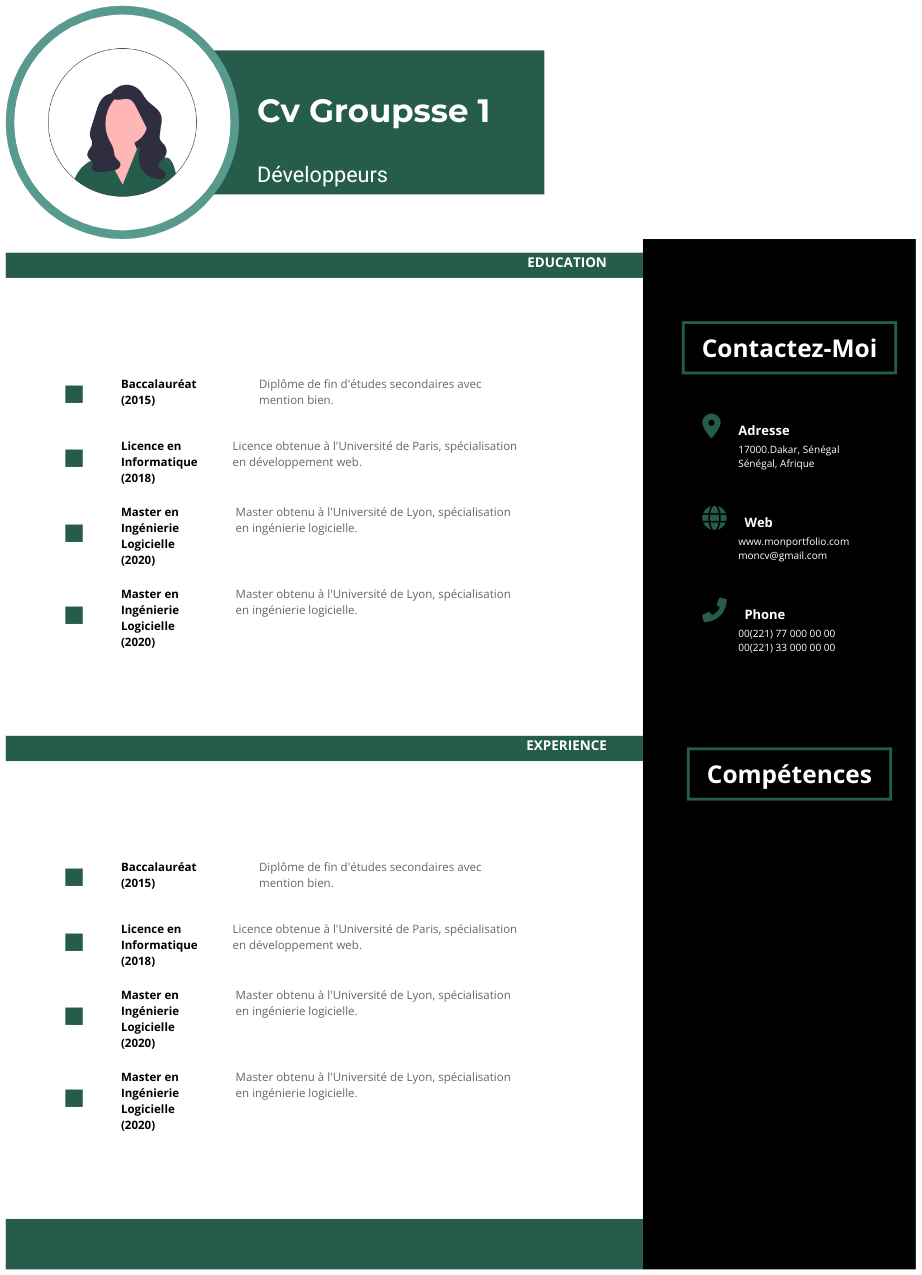
Repository: NdiongueFH/Mon_CV
Page: CV_Groupe1.html
The author's editor kept a copy of each file at every save. The page is drawn from the files as they stood at one save, then again after the next save.
The browser window is 1280 px wide. The pictures show the whole page, at 72% of full size.

Above is the page before, as saved 2024-08-04 21:08:09.

### CV_Groupe1.html
<!DOCTYPE html>
<html lang="fr">
<head>
    <meta charset="UTF-8">
    <meta name="viewport" content="width=device-width, initial-scale=1.0">
    <!--Lin Font Awesome-->
    <link rel="stylesheet" href="https://cdnjs.cloudflare.com/ajax/libs/font-awesome/6.0.0-beta3/css/all.min.css">
    <!--Intégration de police d'écriture via un lien web-->
    <link href="https://fonts.googleapis.com/css2?family=Montserrat:wght@400;700&family=Open+Sans:wght@400;700&family=Roboto:wght@400;500&display=swap" rel="stylesheet">
    <!--Intégration de notre lien CSS-->
    <link rel="stylesheet" href="CV_Groupe1.css">
    <title>MON CV</title>

</head>
<body>
    <!--section principale-->
    <section id="principal">

        <!--Début Partie Ndiawar-->

        <!--la partie profile de notre cv-->
        <section id="profile">
            <!--identité-->
            <div id="identite">
                <!--image-->
                <div class="image">
                    <img id="image_profil" src="./image/profil.png" alt="" sizes="30" srcset="">
                </div>
                <!--fin image-->
                <!--debut nom-->
                <div class="nom">
                    <h1 id="name_cv">Cv Groupsse 1</h1>
                    <span id="function">Développeurs</span>
                </div>
                <!--fin nom-->
            </div>
            <!--fin identité-->
        </section>
        <!--fin de la partie profile-->

        <!--Fin Partie Ndiawar Diop-->


        <!--le debut du corp de notre cv-->
        <section  id="renseignement">
            <!--corp -->
            <div id="corps">
                <!--debut blanc-->
                <div class="blanc">


                    <!--Début Partie Anta Maguette Faye-->


                    <!--education-->
                    <div class="edu_exp">
                        <!--titre education-->
                        <div class="titre_edu_exp">
                            <h1 class="h1_titr">
                                EDUCATION
                            </h1>
                        </div>
                        <!--fin titre education-->
                        <!--parti education-->
                        <div id="info_edu">
                            <ul class="liste-diplomes">
                                <li>
                                    <div class="info">
                                        <span class="diplome">Baccalauréat</span>
                                        <span class="annee">(2015)</span>
                                    </div>
                                    <p class="description">Diplôme de fin d'études secondaires avec mention bien.</p>
                                </li>
                                <li>
                                    <div class="info">
                                        <span class="diplome">Licence en Informatique</span>
                                        <span class="annee">(2018)</span>
                                    </div>
                                    <p class="description">Licence obtenue à l'Université de Paris, spécialisation en développement web.</p>
                                </li>
                                <li>
                                    <div class="info">
                                        <span class="diplome">Master en Ingénierie Logicielle</span>
                                        <span class="annee">(2020)</span>
                                    </div>
                                    <p class="description">Master obtenu à l'Université de Lyon, spécialisation en ingénierie logicielle.</p>
                                </li>
                                <li>
                                    <div class="info">
                                        <span class="diplome">Master en Ingénierie Logicielle</span>
                                        <span class="annee">(2020)</span>
                                    </div>
                                    <p class="description">Master obtenu à l'Université de Lyon, spécialisation en ingénierie logicielle.</p>
                                </li>
                            </ul>
                        </div>
                        <!--fin parti education-->
                    </div>
                    <!--fin education-->


                    <!--Fin Partie Anta Maguette Faye-->

                    <!--Début Partie Fatoumata Hawa Ndiongue-->

                    <!--experience-->
                    <div class="edu_exp" >
                        <!--titre experience-->
                        <div class="titre_edu_exp">
                            <h1 class="h1_titr">
                                EXPERIENCE
                            </h1>
                        </div>
                        <!--fin titre experience-->
                        <!--parti experience-->
                        <div id="info_exp">
                            <ul class="liste-diplomes">
                                <li>
                                    <div class="info">
                                        <span class="diplome">Baccalauréat</span>
                                        <span class="annee">(2015)</span>
                                    </div>
                                    <p class="description">Diplôme de fin d'études secondaires avec mention bien.</p>
                                </li>
                                <li>
                                    <div class="info">
                                        <span class="diplome">Licence en Informatique</span>
                                        <span class="annee">(2018)</span>
                                    </div>
                                    <p class="description">Licence obtenue à l'Université de Paris, spécialisation en développement web.</p>
                                </li>
                                <li>
                                    <div class="info">
                                        <span class="diplome">Master en Ingénierie Logicielle</span>
                                        <span class="annee">(2020)</span>
                                    </div>
                                    <p class="description">Master obtenu à l'Université de Lyon, spécialisation en ingénierie logicielle.</p>
                                </li>
                                <li>
                                    <div class="info">
                                        <span class="diplome">Master en Ingénierie Logicielle</span>
                                        <span class="annee">(2020)</span>
                                    </div>
                                    <p class="description">Master obtenu à l'Université de Lyon, spécialisation en ingénierie logicielle.</p>
                                </li>
                            </ul>
                        </div>
                        <!--fin parti experience-->
                    </div>
                    <!--fin experience-->

                    <!--Début Footer-->
                    <div id="footer">

                    </div>
                    <!--Fin Footer-->

                    <!--Fin Partie Fatoumata Hawa Ndiongue-->

                </div>
                <!--fin blanc-->

                <!--Début Moustapha Dieng-->


                <!--debut noir-->
                <div class="noir">
                    <!--contact-->
                    <div class="contact">
                        <!--titre contact-->
                        <div class="title">
                            <h1 class="titre_contact_skill">
                                Contactez-Moi
                            </h1>
                        </div>
                        <!--fin titre contact-->
                        <!-- donnee contact-->
                        <div class="donnees_contact">
                            <ul class="list_contact">
                                <li>
                                    <p class="icon_contact">
                                        <i class="fas fa-map-marker-alt"></i> Adresse
                                    </p>
                                    <div class="contactez">
                                        <span class="detail">17000.Dakar, Sénégal</span>
                                        <span class="desc">Sénégal, Afrique</span>
                                    </div>
                                </li>
                            </ul>
                            <ul class="list_contact">
                                <li>
                                    <p class="icon_contact">
                                        <i class="fas fa-globe"></i> Web
                                    </p>
                                    <div class="contactez">
                                        <span class="detail">www.monportfolio.com</span>
                                        <span class="desc">moncv@gmail.com</span>
                                    </div>
                                </li>
                            </ul>
                            <ul class="list_contact">
                                <li>
                                    <p class="icon_contact">
                                        <i class="fas fa-phone-alt"></i> Phone
                                    </p>
                                    <div class="contactez">
                                        <span class="detail">00(221) 77 000 00 00</span>
                                        <span class="desc">00(221) 33 000 00 00</span>
                                    </div>
                                </li>
                            </ul>
                        </div>
                        <!-- End Contact Data -->
                    </div>
                        <!--fin donnee contact-->
                    <!--fin contact-->
                    <!--skill-->
                    <div class="contact">
                        <!--titre skill-->
                        <!--titre contact-->
                        <div class="title">
                            <h1 class="titre_contact_skill">
                                Compétences
                            </h1>
                        </div>
                        <!--fin titre contact-->
                        <!--fin titre skill-->
                        <!--donné skill-->
                        <div class="donnees_skill"></div>
                        <!--fin donné skill-->
                    </div>
                    <!--fin skill-->
                    <!--resaux socio-->
                    <div id="resaux"></div>
                    <!--fin resaux socio-->
                </div>
                <!--fin noir-->

                <!--Fin Moustapha Dieng-->


            </div>
            <!--fin corp-->

        </section>
        <!--la fin du corp de notre cv-->
    </section>
    <!--Fin section principale-->

</body>
</html>

### CV_Groupe1.css
/*Le pseudo-élément `:root` en CSS permet de définir des variables globales pour un document,
représentant l'élément `<html>`. Utilisé pour centraliser la gestion des styles comme
les couleurs et les polices, il facilite la maintenance du CSS en rendant
les valeurs facilement réutilisables et modifiables dans toute la feuille de style.*/

:root {
    /* Définition des couleurs de base */
    --teal-1: #265C4B; /* Teal foncé */
    --teal-2: #146551; /* Teal moyen foncé */
    --teal-3: #007566; /* Teal vif */
    --teal-4: #589A8D; /* Teal clair */
    --teal-5: #fff; /* Blanc très clair */
    --Noir-6: #000000; /*Noir*/
    --Blanc-7: #ffffff; /*Blanc*/

    /* Utilisation des couleurs pour différents éléments */

    --color-title: var(--teal-1); /* Couleur pour les titres */
    --color-subtitle: var(--teal-3); /* Couleur pour les sous-titres */
    --color-paragraph: var(--teal-2); /* Couleur pour les paragraphes */
    --color-border: var(--teal-4); /* Couleur pour les bordures */
    --color-backgroundFoncé: var(--teal-1); /*Couleur de fond foncée*/
    --color-background: var(--teal-5); /* Couleur de fond général */
    --color-text: var(--Noir-6); /*Couleur pour le texte de fond*/
    --color-white: var(--Blanc-7); /*Couleur blanche pour les texte de fon d'une balise"*/
}

/*Intégration de nos polices d'écritures générales pour notre texte, titre et les sous-titres*/
:root {
    /* Polices */
    --font-title: 'Montserrat', sans-serif;
    --font-text: 'Open Sans', sans-serif;
    --font-subtitle: 'Roboto', sans-serif;

    /* Taille de police standard et poids */
    --font-size-normal: 16px; /* Taille de police standard pour le texte */
    --font-size-title: 28px; /* Taille de police pour les grands titres */
    --font-size-subtitle: 20px; /* Taille de police pour les sous-titres */
    --font-weight-normal: 400; /* Poids normal de la police */
    --font-weight-bold: 700; /* Poids en gras */
    /*Pour le profil la taile du nom et du sous-titre*/
    --font-size-titleProfil: 45px;
    --font-size-subtitleProfil: 30px;
}

/*Initialisation de notre body pour supprimer les marges et choix du type de police pour notre site*/
body {
    color: var(--color-text);
    background-color: var(--color-background);
    font-family: var(--font-text);
    font-size: var(--font-size-normal);
    font-weight: var(--font-weight-normal);
}

/*Partie Ndiawar Diop*/
    /*Début partie profil de Mon_CV*/

/*Div Identité*/
#identite {
    display: flex;
    align-items: center; /* Pour aligner verticalement les éléments à l'intérieur */
    background: none;
}
/*Image*/
.image {
    background-color: var(--color-background);
    border: 12px solid var(--color-border);
    width: 300px;  /* Assurez-vous que le conteneur est carré */
    height: 300px;
    border-radius: 50%;  /* Rend l'image ronde */
    overflow: hidden;  /* Cache les parties de l'image qui débordent */
    z-index: 2; /* Nous Plaçons l'image au-dessus de .nom */
    position: relative; /* Nécessaire pour appliquer z-index */
}

#image_profil {
    width: 100%;
    height: 100%;
    object-fit: contain;  /* Garantit que l'image couvre tout l'espace sans déformation */
}
/*Le nom du profil*/
.nom {
    background-color: var(--color-backgroundFoncé);
    width: 30%;
    height: 200px; /* Aligner la hauteur avec celle de l'image */
    display: flex;
    color: var(--color-white);
    flex-direction: column;
    justify-content: center;
    text-align: left;
    padding: 0 20px 0 75px;
    margin-left: -50px; /* Ajustement pour le chevauchement */
    z-index: 1; /* S'assurer que .nom se superpose à .image */
    position: relative;
}
#name_cv{
    font-family: var(--font-title);
    font-size: var(--font-size-titleProfil);
    font-weight: var(--font-weight-bold);
}
#function {
    font-family: var(--font-subtitle);
    font-size: var(--font-size-subtitleProfil);
    font-weight: var(--font-weight-normal);
}
    /*Fin Partie profil de Mon_Cv*/
/*Fin Partie Ndiawar Diop*/

/*Partie Section 2*/
#corps {
    display: flex;
}
.blanc {
    width: 70%;

}
    /*Partie Anta Maquette Faye
.titre_edu_exp {
}*/
.h1_titr {
    height: 35px;
    padding-right: 50px;
    background-color: var(--color-backgroundFoncé);
    text-align: right;
    color: var(--color-white);

}

    /*Partie Education*/
    #info_edu {
        max-width: 600px;
        margin: 120px;
    }
    #info_exp{
        max-width: 600px;
        margin: 120px;
    }
    .liste-diplomes li {
        display: flex;
        align-items: baseline;
        margin-bottom: 10px;
        position: relative; /* Position relative pour placer les puces */
    }

    .liste-diplomes li::before {
        content: "■"; /* Utiliser un carré comme puce */
        color: #265C4B; /* Teal foncé */
        font-size: 50px;
        position: absolute;
        left: -80px; /* Position de la puce */
        top: 50%;
        transform: translateY(-50%);
    }

    .info {
        width: 200px; /* Largeur fixe pour le diplôme et l'année */
        font-weight: bold;
        display: flex;
        flex-direction: column;
        justify-content: left;
    }

    .diplome {
        margin-right: 10px; /* Espace entre le diplôme et l'année */
    }

    .description {
        margin-left: 15px; /* Espace entre l'info et la description */
        flex-grow: 1; /* Permet à la description de prendre le reste de l'espace */
        color: #666; /* Couleur de texte pour la description */
    }


    /*Footer*/
    #footer {
        height: 10px;
        padding: 30px;
        background-color: var(--color-backgroundFoncé);
    }

    /*Partie Noir*/
    .noir {
        width: 30%;
        background-color: var(--color-text);
        height: auto;
        color: var(--color-white);
    }
    .contact {
        display: flex;
        flex-direction: column;
        align-items: center; /* Center horizontally */
        justify-content: center; /* Center vertically (if height is set) */
        width: 80%; /* ou toute autre largeur appropriée */
        margin: 0 auto;
        padding-top: 80px;
        color: var(--color-white);
    }

    .titre_contact_skill {
        font-size: 34px;
        margin-bottom: 20px;
        text-align: center; /* Center the title text */
        border: 4px solid var(--color-backgroundFoncé);
        width: 100%; /* Ajuste selon tes besoins */
        padding: 10px;
    }

    .icon_contact i {
        margin: 0 20px 0 -50px;
        color: var(--color-backgroundFoncé); /* Assure-toi que les icônes sont blanches */
        font-size: 34px; /* Ajuste la taille si nécessaire */
    }

.donnees_contact {
    display: flex;
    flex-direction: column;
    align-items: flex-start; /* Align contact data to the left */
}

.list_contact {
    list-style: none;
    width: 100%;
}

.icon_contact {
    font-size: 18px;
    margin-bottom: 5px;
    font-weight: bold;
}

.contactez {
    font-size: 16px;
}

.detail, .desc {
    display: block;
    font-size: 14px;
}

After the next save:
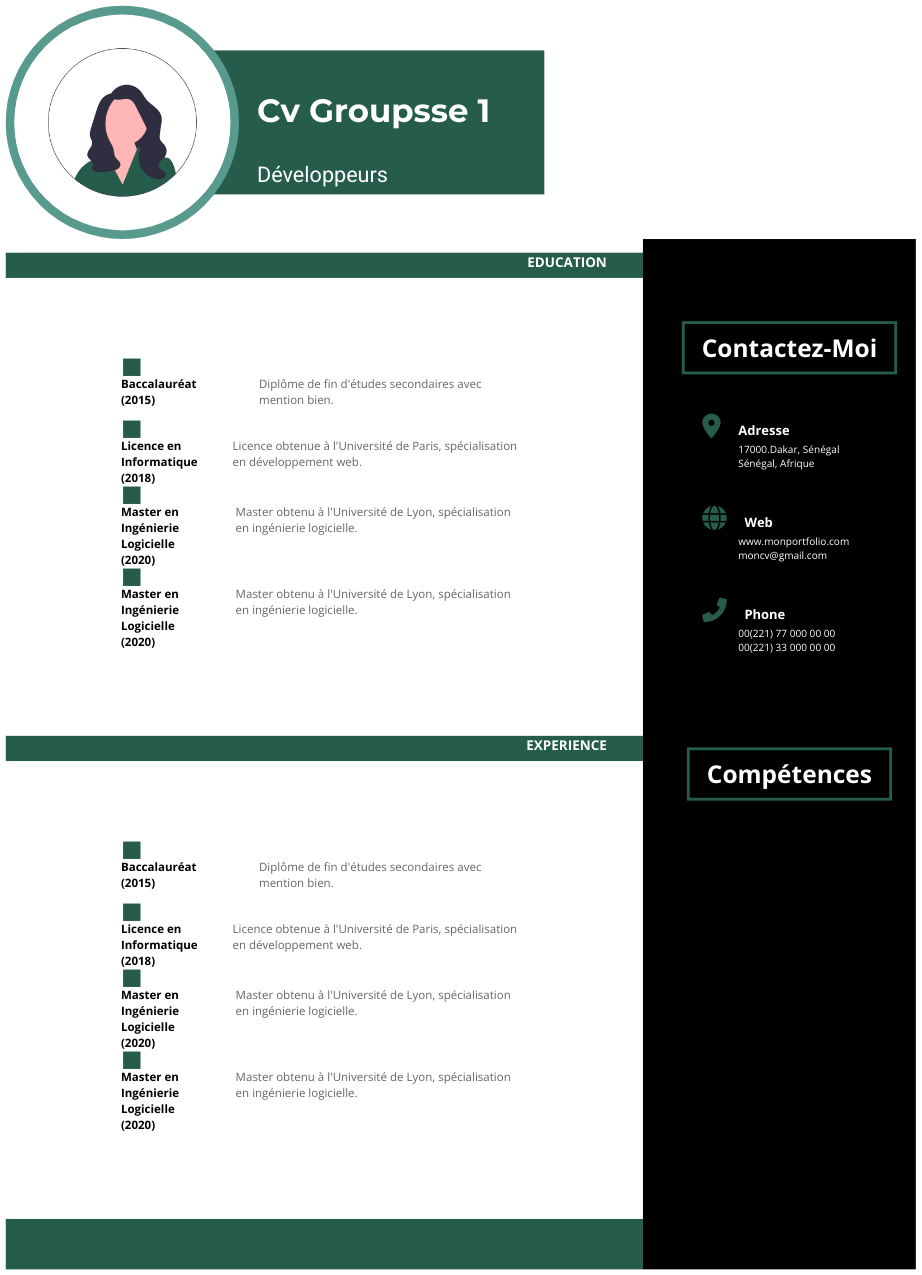
Saved 3 min 59 s later.
--- a/CV_Groupe1.css
+++ b/CV_Groupe1.css
@@ -147,8 +147,8 @@
         color: #265C4B; /* Teal foncé */
         font-size: 50px;
         position: absolute;
-        left: -80px; /* Position de la puce */
-        top: 50%;
+        /*/left: -80px; /* Position de la puce
+        top: 50%;*/
         transform: translateY(-50%);
     }
 

After the save that followed:
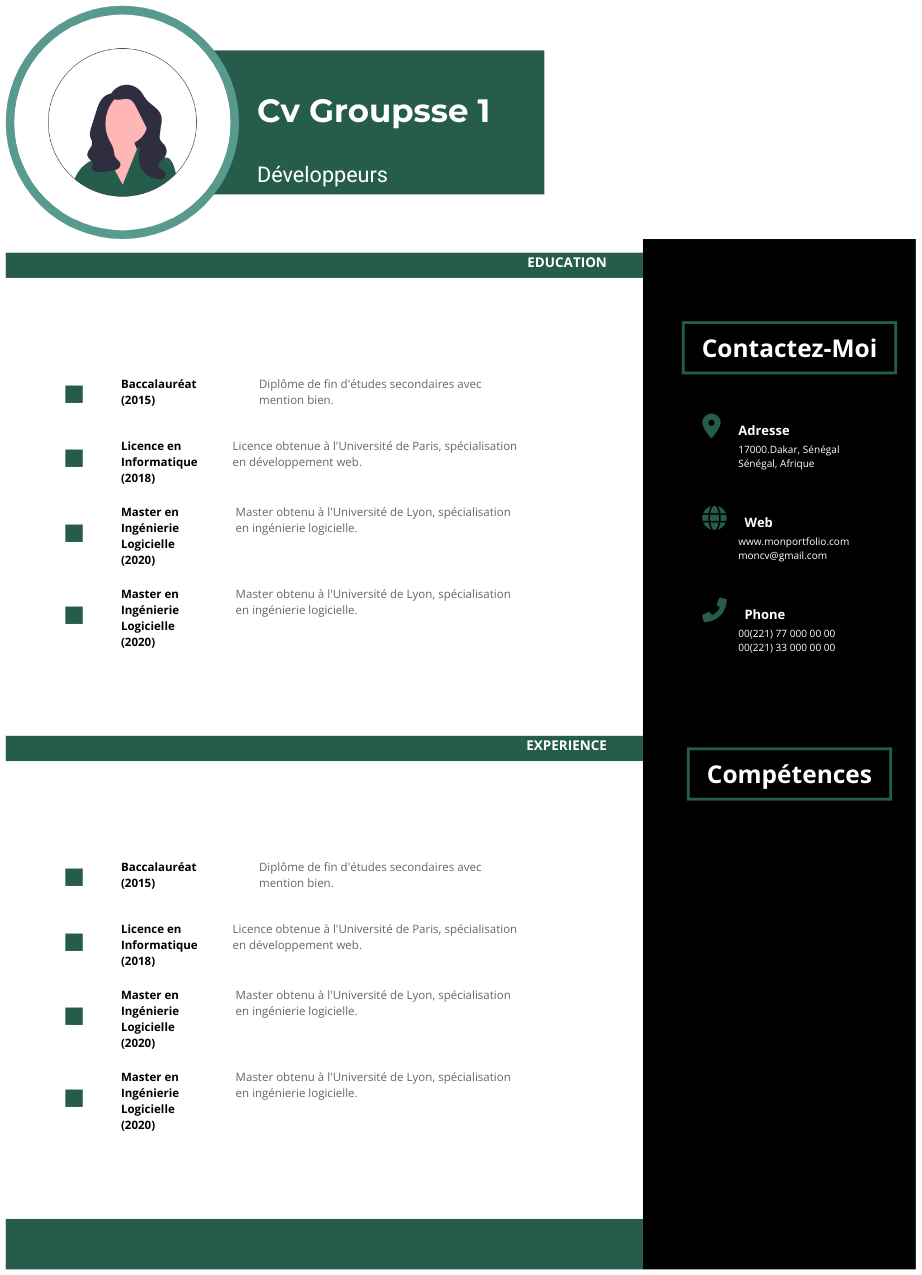
Saved 41 s later.
--- a/CV_Groupe1.css
+++ b/CV_Groupe1.css
@@ -147,8 +147,8 @@
         color: #265C4B; /* Teal foncé */
         font-size: 50px;
         position: absolute;
-        /*/left: -80px; /* Position de la puce
-        top: 50%;*/
+        left: -80px; /* Position de la puce */
+        top: 50%;
         transform: translateY(-50%);
     }
 
